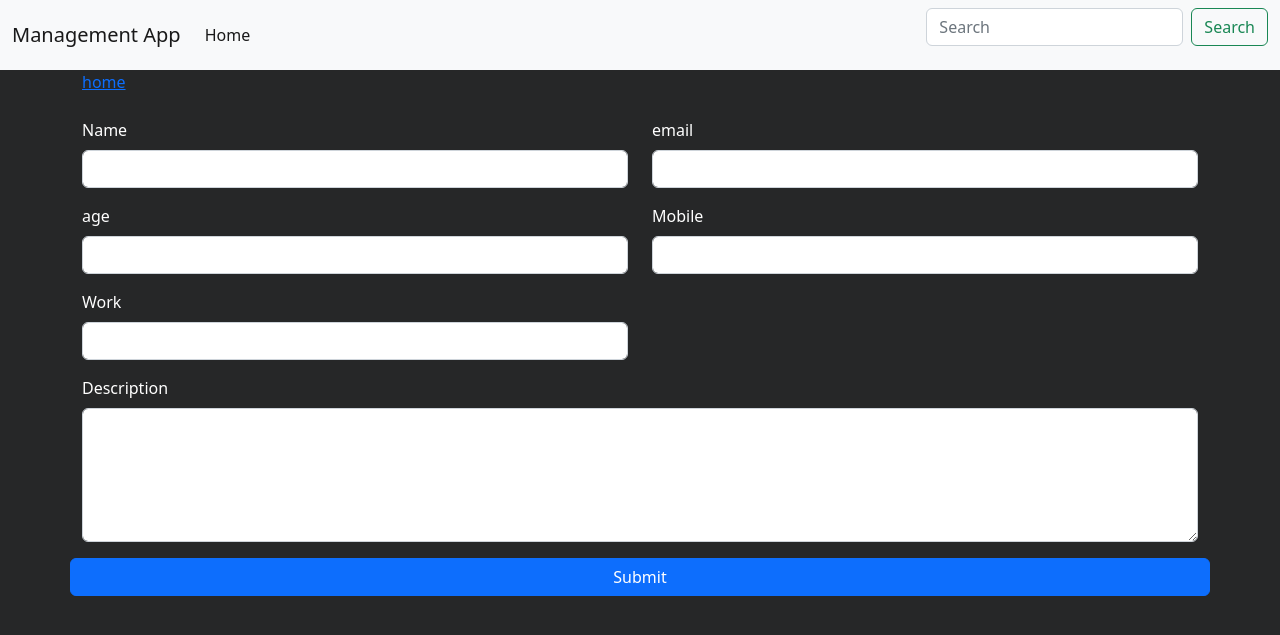
Repository: iamevs/Employee-Management-System
Page: /register (app in client/)
These files come from the project's save history. The page is drawn as it stood at one moment and after the next save; the edit follows.
The browser window is 1280 px wide. The pictures show the whole page.
The project was rebuilt for these pictures with package versions that can differ from the ones it lists, and the page was loaded fresh each time. Also part of the build but not shown: client/vite.config.js, client/src/components/Home.jsx, client/src/components/Edit.jsx, client/src/components/Hero.jsx. Imported but missing from the stored project, and not drawn on this page: client/src/components/Details.

Above is the page before, as saved 2022-11-28 23:08:17.

After the next save:
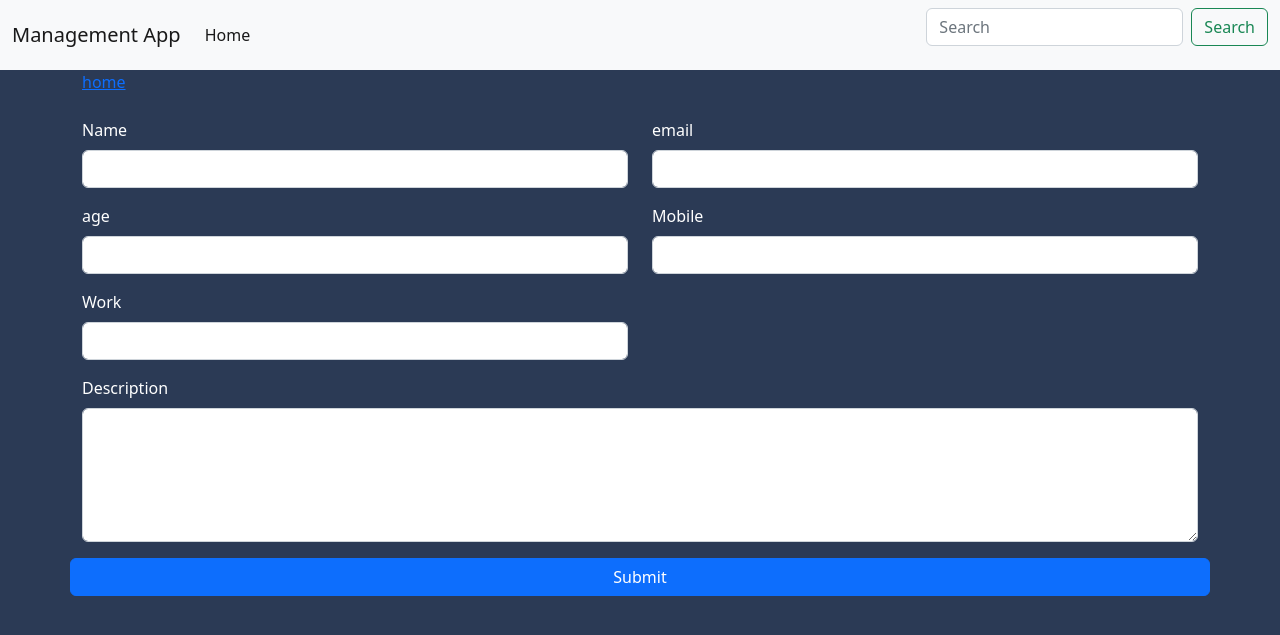
Saved 60 s later.
--- a/client/src/index.css
+++ b/client/src/index.css
@@ -5,7 +5,7 @@ body {
     sans-serif;
   -webkit-font-smoothing: antialiased;
   -moz-osx-font-smoothing: grayscale;
-  background-color: #262728 !important;
+  background-color: #2B3A55 !important;
   color: #fff !important;
 }
 
